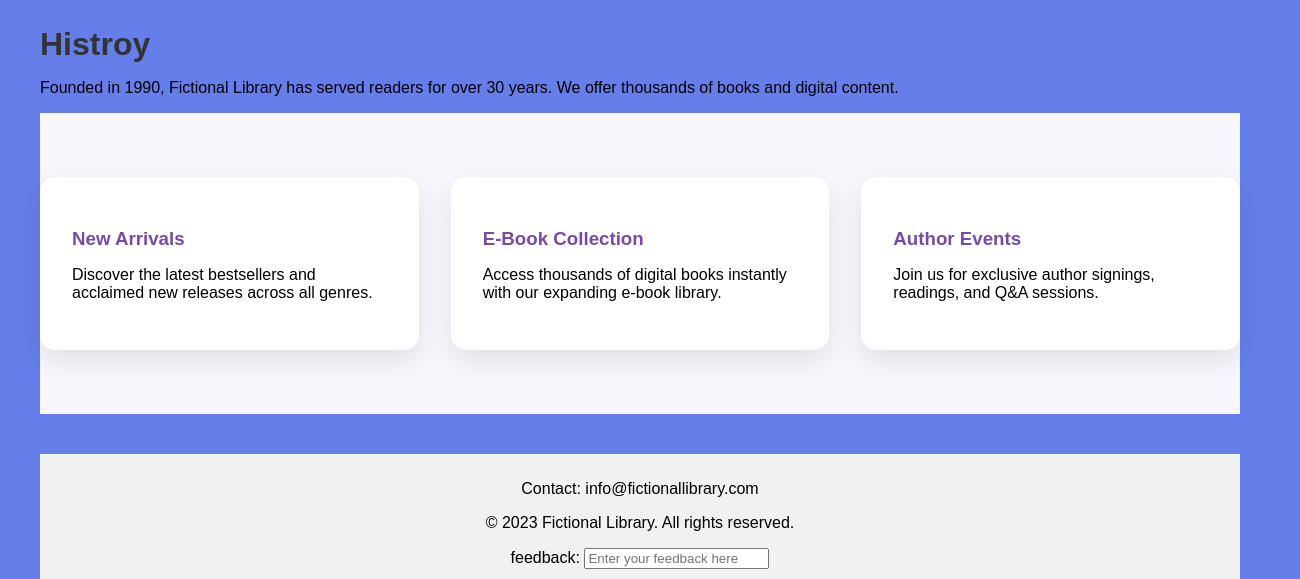
Repository: Ibrahim-Abohola/BookStore
Page: index.html
The author's editor kept a copy of each file at every save. The page is drawn from the files as they stood at one save, then again after a run of saves.
The browser window is 1280 px wide. The page is 1300 px wide, so the pictures cover 1300 px, including what lies to the right of the window. The pictures show the part of the page from y = 232 to 811 px (the page is 811 px tall).

Above is the page before, as saved 2025-07-16 00:33:01.

After the next 2 saves:
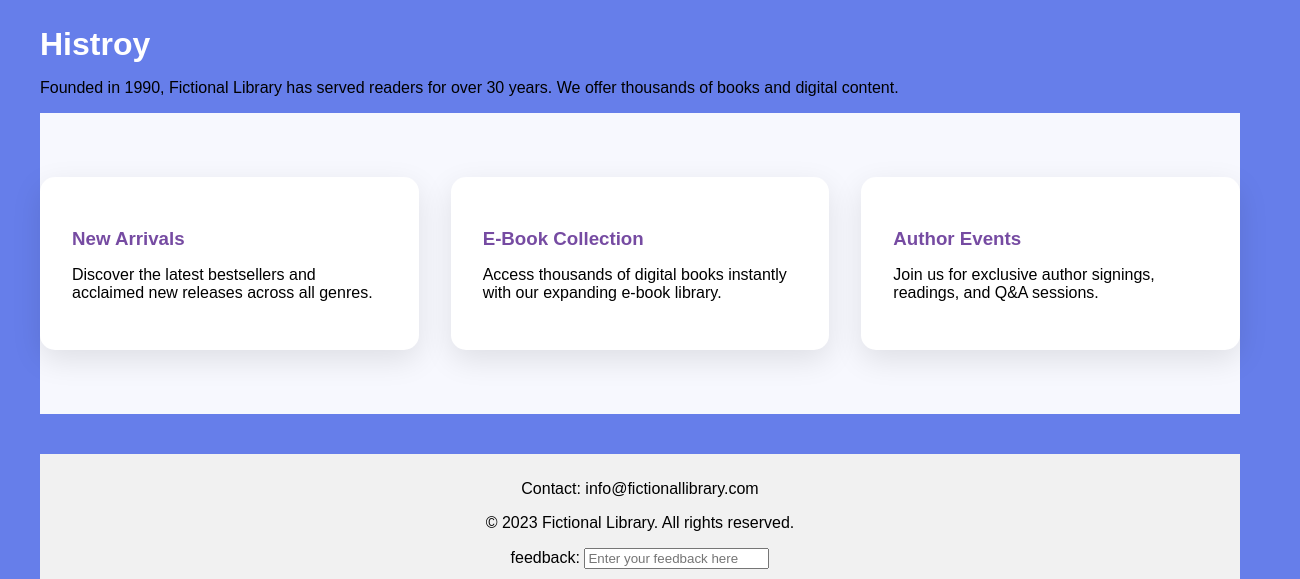
The 2 saves are shown as one change because they came seconds apart.
The last was saved 62 s later.
--- a/styles.css
+++ b/styles.css
@@ -12,7 +12,7 @@ body {
 }
 
 h2 {
-    color: #333;
+    color: white;
     font-size: 2rem;
     margin-bottom: 1rem;
 }
